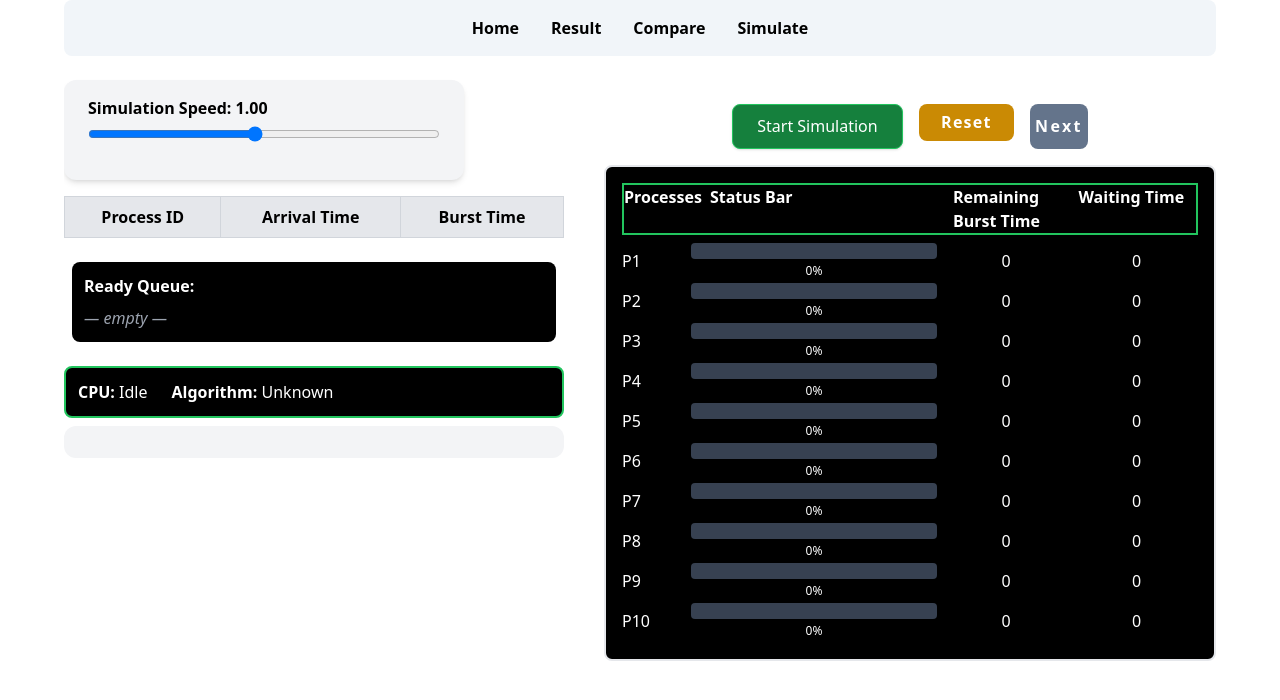
Repository: ujjwalkathait/Process_Scheduler
Page: /simulate
An editor plug-in stored every save of this project. The page is shown before and after a run of saves, followed by the edit.
The browser window is 1280 px wide. The pictures show the whole page.
The project was rebuilt for these pictures with package versions that can differ from the ones it lists, and the page was loaded fresh each time. Also part of the build but not shown: vite.config.js, src/components/CompareAlgorithmsChart.jsx, src/components/GanttChart.jsx, src/components/GanttChartTable.jsx, src/components/ProcessData.jsx, src/components/ProcessTable.jsx, src/components/PerformanceMetrics.jsx, src/components/SelectAlgorithm.jsx and 3 more.

Above is the page before, as saved 2025-05-18 12:50:28.

After the next 2 saves:
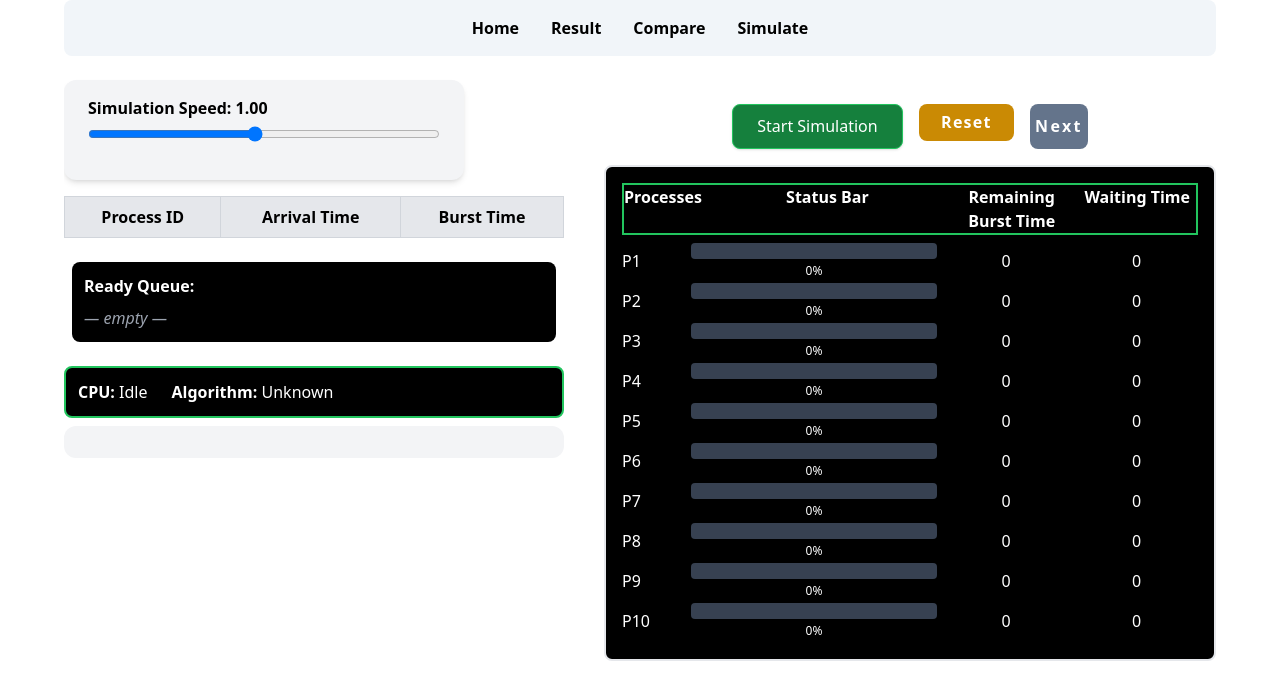
The 2 saves are shown as one change because they came seconds apart.
The last was saved 7 s later.
--- a/src/components/ProcessProgressList.jsx
+++ b/src/components/ProcessProgressList.jsx
@@ -26,10 +26,10 @@ const ProcessProgressList = ({processes}) => {
     <div className="bg-black text-white border-2 rounded-lg p-4 w-full">
       {/* Header Row */}
       <div className="grid grid-cols-[1fr_4fr_2fr_2fr] border-2 border-green-500 gap-2 font-semibold mb-2">
-        <div>Processes</div>
-        <div>Status Bar</div>
-        <div>Remaining Burst Time</div>
-        <div>Waiting Time</div>
+        <div className='text-center'>Processes</div>
+        <div className='text-center'>Status Bar</div>
+        <div className='text-center'>Remaining Burst Time</div>
+        <div className='text-center'>Waiting Time</div>
       </div>
 
       {/* Data Rows */}
@@ -45,7 +45,7 @@ const ProcessProgressList = ({processes}) => {
           <div>
             <div className="bg-gray-700 rounded h-4 w-full overflow-hidden">
               <div
-                className="bg-blue-500 h-4"
+                className="bg-blue-500 h-4 transition-all duration-300"
                 style={{ width: `${progressPct}%` }}
               />
             </div>
